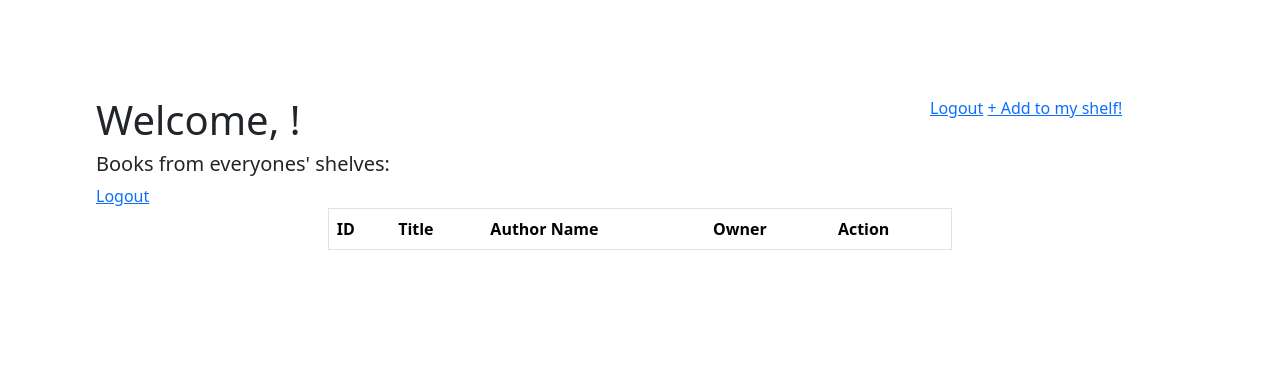
Repository: ShathaMorales/Java-Stack
Page: http://localhost/LoginRegistration/WEB-INF/home.jsp
The author's editor kept a copy of each file at every save. The page is drawn from the files as they stood at one save, then again after the next save.
The browser window is 1280 px wide. The pictures show the whole page.
The page is served by Tomcat 10. Nobody is signed in. The template is opened directly, without the code that normally fills it, so the values that code supplies are empty.

Above is the page before, as saved 2023-05-13 17:33:18.

After the next save:
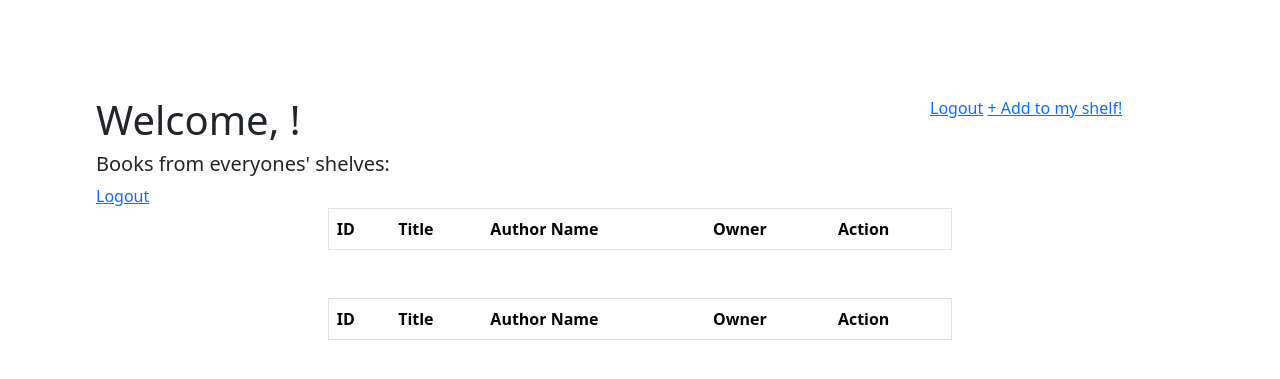
Saved 3 min 44 s later.
--- a/_java/FullSpring/BookBroker/LoginRegistration/src/main/webapp/WEB-INF/home.jsp
+++ b/_java/FullSpring/BookBroker/LoginRegistration/src/main/webapp/WEB-INF/home.jsp
@@ -57,6 +57,36 @@
 				</table>
             </div>
         </div>
+                   <div class = "row justify-content-center">
+            <div class = "col-7 align-self-center">
+            	<table class="table border col-5 mb-5">
+				  <thead>
+				    <tr>
+				      <th scope="col">ID</th>
+				      <th scope="col">Title</th>
+				      <th scope="col">Author Name</th>
+				      <th scope="col">Owner</th>
+				      <th scope="col">Action</th>
+				    </tr>
+				  </thead>
+				  <tbody>
+				  <c:forEach var="book" items="${books}">
+				    <tr>
+				      <th scope="row"><c:out value="${book.id}"></c:out></th>
+				      <td><a href="/books/${book.id}"><c:out value="${book.title}"></c:out></a></td>
+				      <td><c:out value="${book.author}"></c:out></td>
+				      <td><c:out value="${book.user.userName}"></c:out></td>
+				      <c:if test = "${user_id == book.user.id}">
+				      		<td><a href="/books/${book.id}/edit">edit</a> | <a href="/books/${book.id}/delete">delete</a></td>
+				      </c:if>
+				      <c:if test = "${user_id != book.user.id}">
+				      		<td><a href="/books/${book.id}/borrow">borrow</a></td>
+				      </c:if>
+				    </tr>
+				    </c:forEach>
+				</table>
+            </div>
+        </div>
     </div>
 </body>
 </html>
